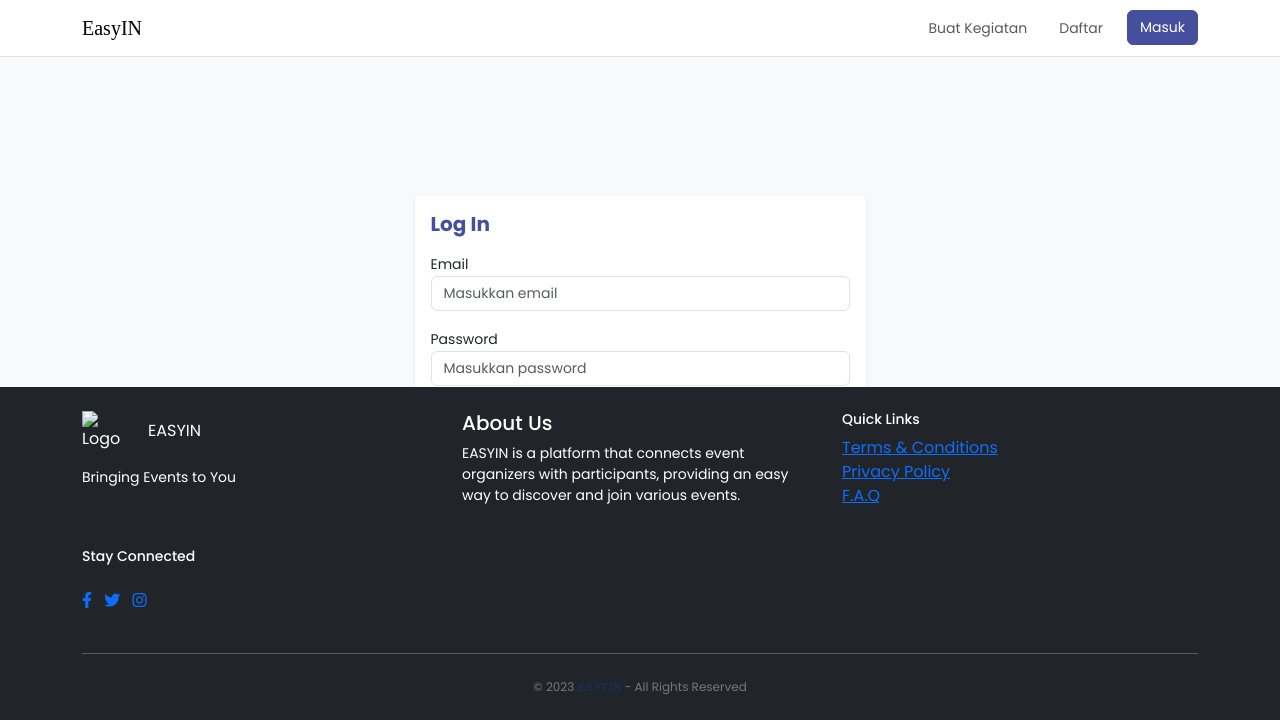
Repository: Imadaaa/Ticketing_Online
Page: http://localhost/login
These files come from the project's save history. The page is drawn as it stood at one moment and after a run of saves; the edit follows.
The browser window is 1280 px wide. The pictures show the whole page.
Some web fonts or font styles are not loaded; a fallback is used. The page is served by the project's Laravel application, run on PHP 8.4 with Laravel 10.

Above is the page before, as saved 2023-08-22 02:24:39.
Console error: ReferenceError: $ is not defined

After the next 7 saves:
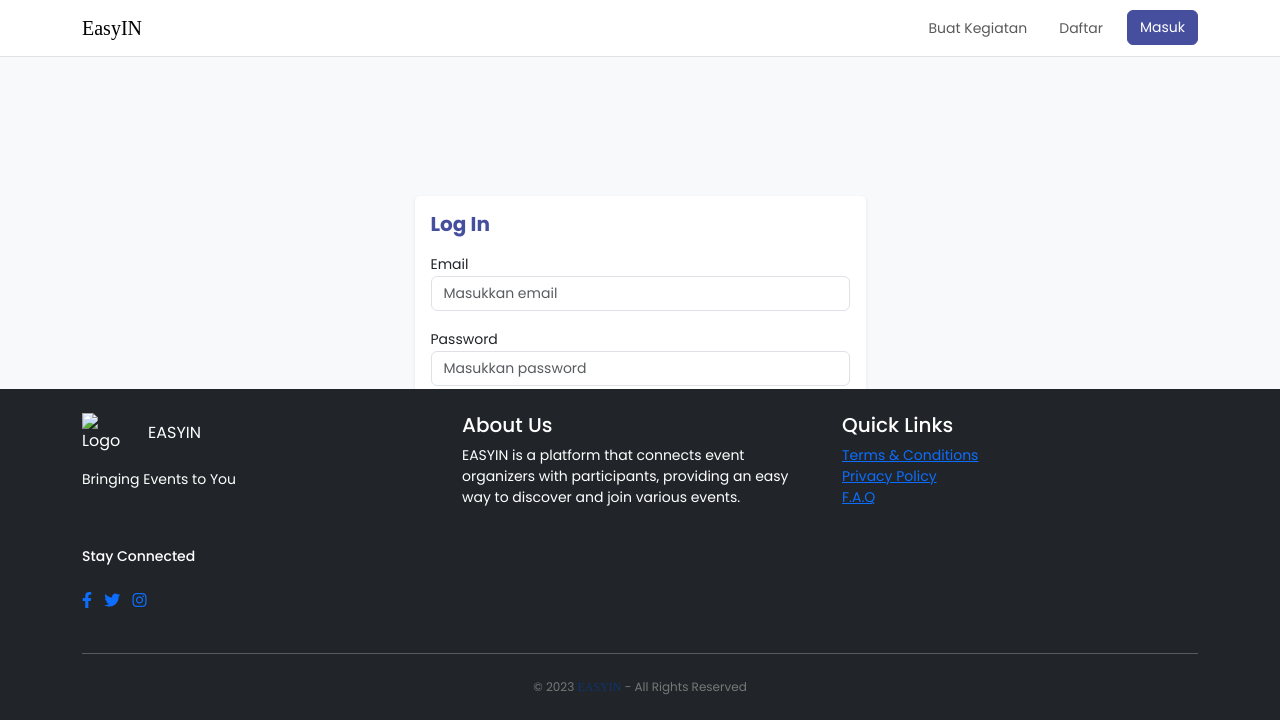
The 7 saves are shown as one change because they came seconds apart.
The last was saved 15 s later.
--- a/resources/views/template/landing-page/partials/_footer.blade.php
+++ b/resources/views/template/landing-page/partials/_footer.blade.php
@@ -15,8 +15,8 @@
                     easy way to discover and join various events.</p>
             </div>
             <div class="col-md-4">
-                <h5 class="fs-14">Quick Links</h5>
-                <ul class="list-unstyled fs-10">
+                <h5 class="fs-10">Quick Links</h5>
+                <ul class="list-unstyled fs-14">
                     <li><a href="#">Terms & Conditions</a></li>
                     <li><a href="#">Privacy Policy</a></li>
                     <li><a href="#">F.A.Q</a></li>
